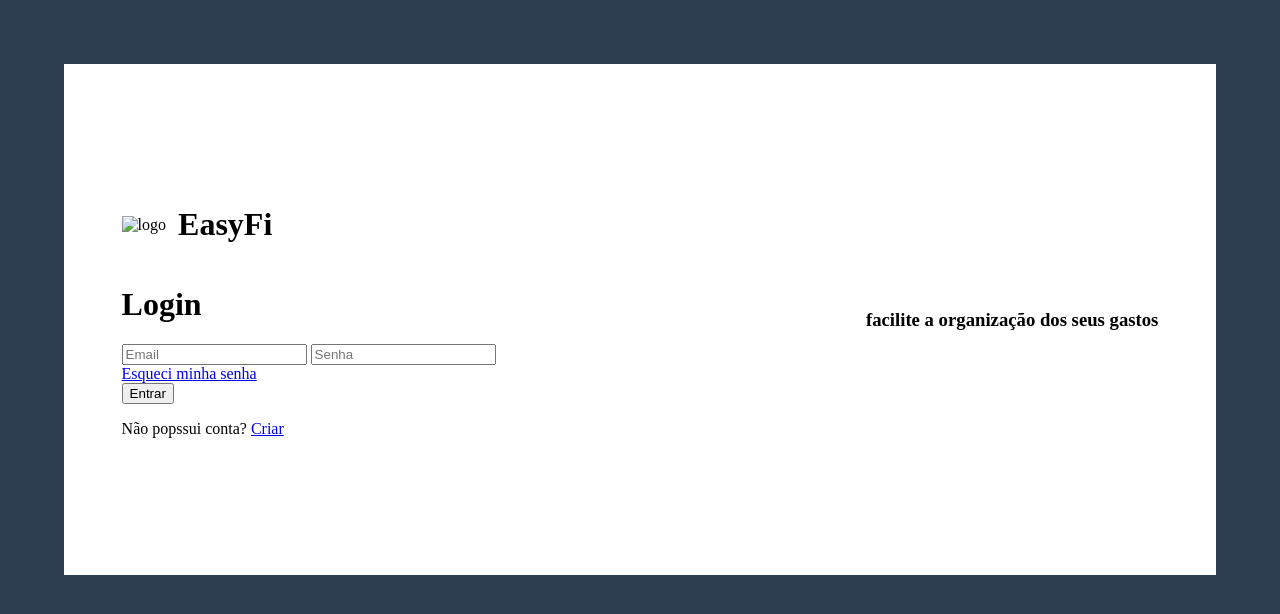
Repository: Ingridiag/projeto-engenharia
Page: login.html
An editor plug-in stored every save of this project. The page is shown before and after a run of saves, followed by the edit.
The browser window is 1280 px wide. The pictures show the whole page.

Above is the page before, as saved 2024-10-28 15:27:04.

After the next 2 saves:
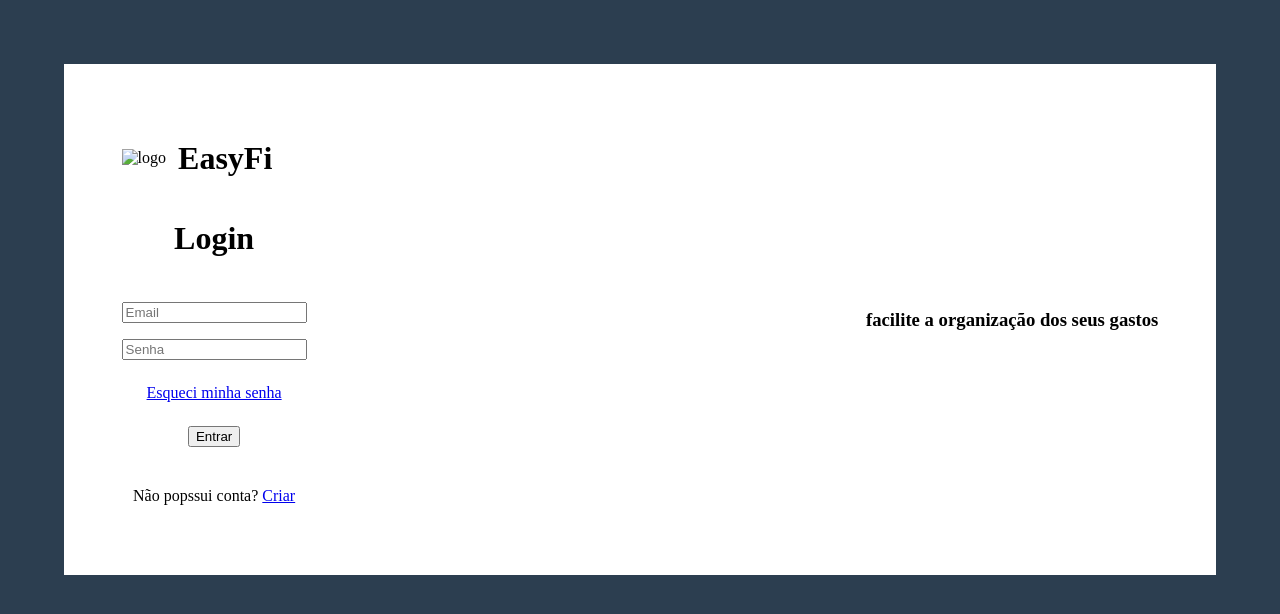
The 2 saves are shown as one change because they came seconds apart.
The last was saved 7 s later.
--- a/login.html
+++ b/login.html
@@ -18,7 +18,7 @@
                     <img src="#" alt="logo">
                     <h1>EasyFi</h1>
                 </div>
-                <div>
+                <div class="formulario">
                     <h1 class="title">Login</h1>
                     <form >
                         <input type="email" placeholder="Email">
